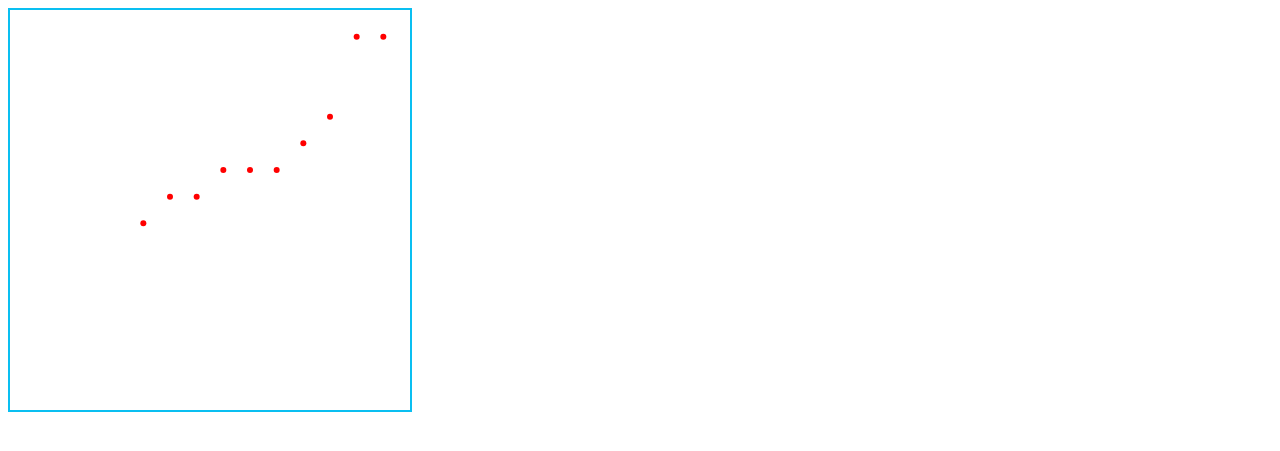
Repository: Jubair-Ahmed-Junjun/js-graphics
Page: Scatter Plots.html
An editor plug-in stored every save of this project. The page is shown before and after the next save, followed by the edit.
The browser window is 1280 px wide. The pictures show the whole page.

Above is the page before, as saved 2022-08-08 21:41:33.

### Scatter Plots.html
<!DOCTYPE html>
<html>
<body>

<canvas id="myCanvas" width="400" style="border:2px solid rgb(10, 191, 241)"></canvas>

<script>
const canvas = document.getElementById("myCanvas");
const ctx = canvas.getContext("2d");

let xMax = canvas.height = canvas.width;
let yMax = xMax;
ctx.transform(1, 0, 0, -1, 0, xMax)

const xArray = [50,60,70,80,90,100,110,120,130,140,150];
const yArray = [7,8,8,9,9,9,10,11,14,14,15];

ctx.fillStyle = "red";
for (let i = 0; i < xArray.length-1; i++) {
  let x = xArray[i] * xMax/150;
  let y = yArray[i] * yMax/15;
  ctx.beginPath();
  ctx.ellipse(x, y, 3, 3, 0, 0, Math.PI * 10);
  ctx.fill();
}
</script>

</body>
</html>

After the next save:
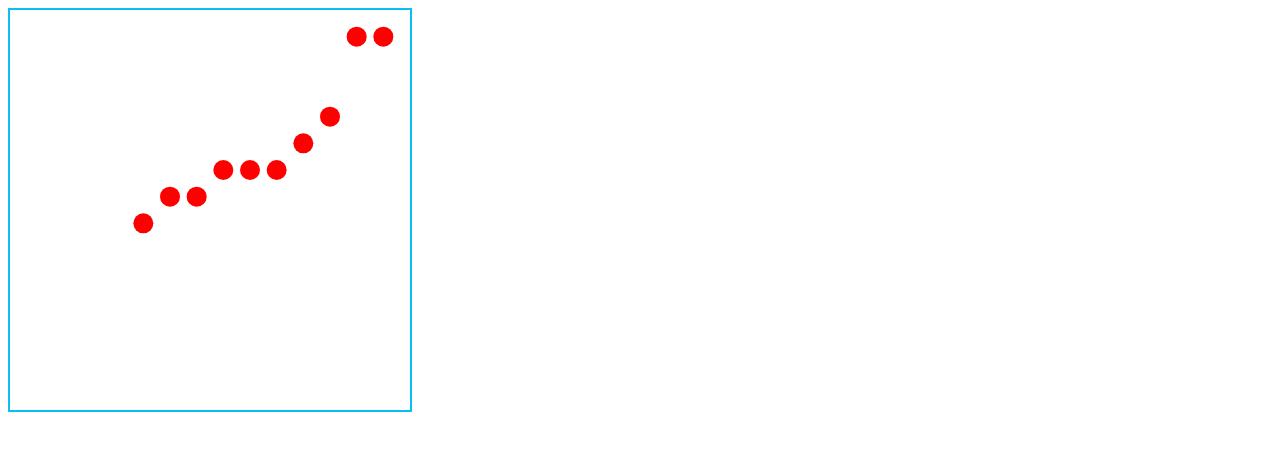
Saved 19 s later.
--- a/Scatter Plots.html
+++ b/Scatter Plots.html
@@ -20,7 +20,7 @@ for (let i = 0; i < xArray.length-1; i++) {
   let x = xArray[i] * xMax/150;
   let y = yArray[i] * yMax/15;
   ctx.beginPath();
-  ctx.ellipse(x, y, 3, 3, 0, 0, Math.PI * 10);
+  ctx.ellipse(x, y, 10, 10, 0, 0, Math.PI * 10);
   ctx.fill();
 }
 </script>
